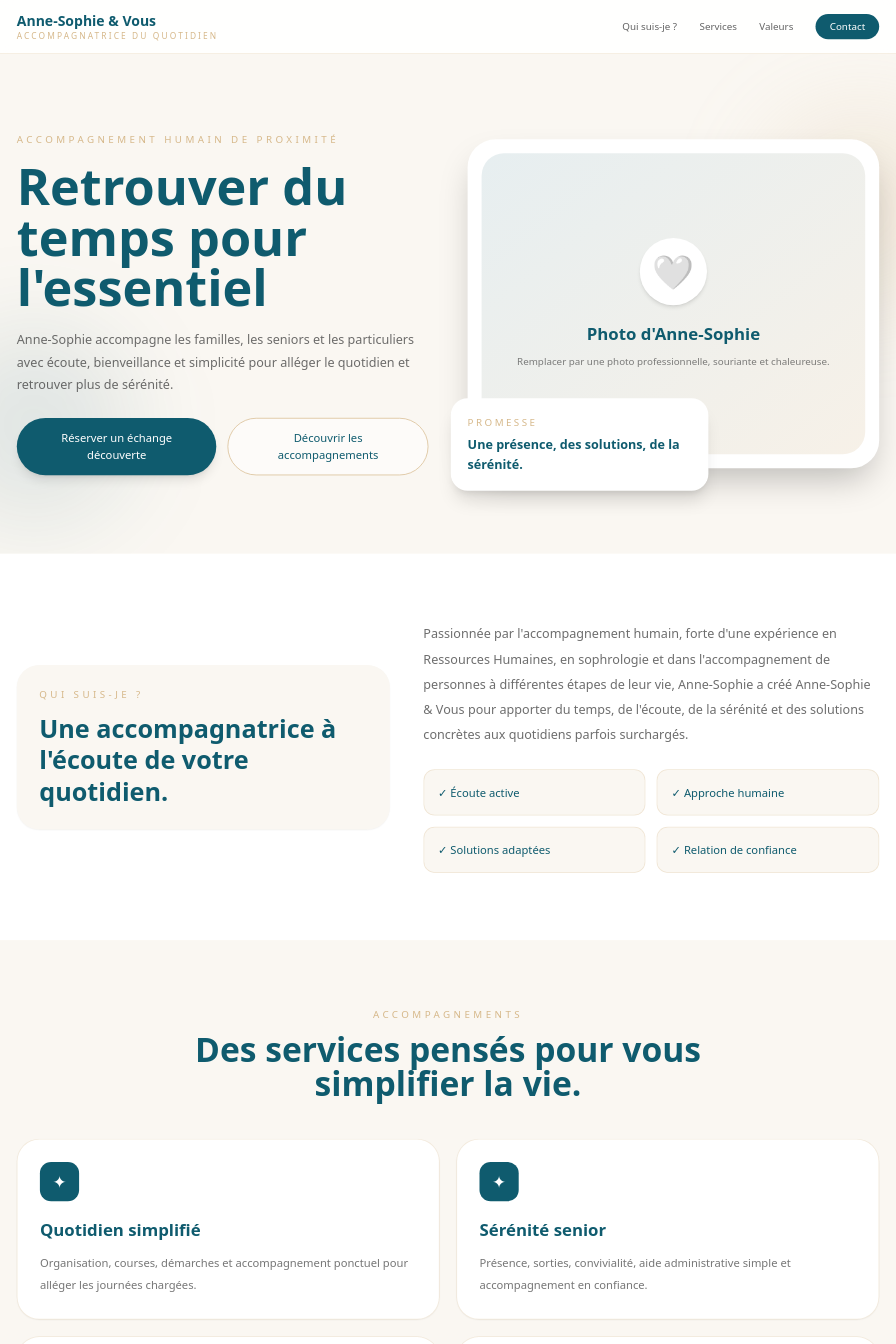
Repository: Virginie17/anne-sophie-et-vous
Page: /
The author's editor kept a copy of each file at every save. The page is drawn from the files as they stood at one save, then again after a run of saves.
The browser window is 1280 px wide. The pictures show the part of the page from y = 0 to 1920 px (the page is 3896 px tall before and 3920 px after), at 70% of full size.
Some web fonts or font styles are not loaded; a fallback is used. The project was rebuilt for these pictures with package versions that can differ from the ones it lists, and the page was loaded fresh each time. The framework's server and built-in components were replaced by stand-ins that run in the browser. Also part of the build but not shown: next.config.js, next.config.mjs.

Above is the page before, as saved 2026-06-05 10:27:36.

### app/layout.tsx
import type { Metadata } from "next";
import { Montserrat, Playfair_Display } from "next/font/google";
import "./globals.css";

const montserrat = Montserrat({
  subsets: ["latin"],
  variable: "--font-montserrat",
  display: "swap",
});

const playfair = Playfair_Display({
  subsets: ["latin"],
  variable: "--font-playfair",
  display: "swap",
});

export const metadata: Metadata = {
  title: "Anne-Sophie & Vous | Accompagnatrice du Quotidien",
  description:
    "Anne-Sophie & Vous accompagne les familles, les seniors et les particuliers à retrouver du temps, de la sérénité et de l'équilibre au quotidien.",
};

export default function RootLayout({
  children,
}: {
  children: React.ReactNode;
}) {
  return (
    <html lang="fr" className={`${montserrat.variable} ${playfair.variable}`}>
      <body>{children}</body>
    </html>
  );
}

### app/page.tsx
import Header from "../components/Header";
import Hero from "../components/Hero";
import About from "../components/About";
import Services from "../components/Services";
import Values from "../components/Values";
import Contact from "../components/Contact";
import Footer from "../components/Footer";

export default function HomePage() {
  return (
    <main className="min-h-screen bg-[#FAF7F2] text-[#3C3C3C]">
      <Header />
      <Hero />
      <About />
      <Services />
      <Values />
      <Contact />
      <Footer />
    </main>
  );
}

### app/globals.css
@tailwind base;
@tailwind components;
@tailwind utilities;

:root{--petrol:#0F5B6E;--gold:#D6B88A;--cream:#FAF7F2;--anthracite:#3C3C3C}html{scroll-behavior:smooth}body{background:var(--cream);color:var(--anthracite)}.container{max-width:1180px;margin:0 auto;padding:0 24px}.section{padding:88px 0}.btn-primary{background:var(--petrol);color:white;border-radius:999px;padding:14px 22px;font-weight:700;box-shadow:0 14px 35px rgba(15,91,110,.22)}.btn-secondary{border:1px solid var(--gold);color:var(--petrol);border-radius:999px;padding:14px 22px;font-weight:700}.card{background:white;border:1px solid rgba(214,184,138,.28);border-radius:24px;box-shadow:0 18px 45px rgba(15,91,110,.08)}

### components/Header.tsx
export default function Header() {
  return (
    <header className="sticky top-0 z-50 border-b border-[#D6B88A]/30 bg-white/90 backdrop-blur">
      <div className="mx-auto flex max-w-7xl items-center justify-between px-6 py-4">
        <div>
          <p className="text-xl font-semibold text-[#0F5B6E]">
            Anne-Sophie & Vous
          </p>
          <p className="text-xs uppercase tracking-[0.25em] text-[#D6B88A]">
            Accompagnatrice du Quotidien
          </p>
        </div>

        <nav className="hidden items-center gap-8 text-sm text-[#3C3C3C]/80 md:flex">
          <a href="#about" className="hover:text-[#0F5B6E]">
            Qui suis-je ?
          </a>
          <a href="#services" className="hover:text-[#0F5B6E]">
            Services
          </a>
          <a href="#values" className="hover:text-[#0F5B6E]">
            Valeurs
          </a>
          <a
            href="#contact"
            className="rounded-full bg-[#0F5B6E] px-5 py-2 font-medium text-white transition hover:bg-[#0b4655]"
          >
            Contact
          </a>
        </nav>
      </div>
    </header>
  );
}

### components/Hero.tsx
export default function Hero() {
  return (
    <section className="relative overflow-hidden px-6 py-20 md:py-28">
      <div className="absolute -right-24 top-20 h-72 w-72 rounded-full bg-[#D6B88A]/20 blur-3xl" />
      <div className="absolute -left-24 bottom-10 h-72 w-72 rounded-full bg-[#0F5B6E]/10 blur-3xl" />

      <div className="relative mx-auto grid max-w-7xl gap-14 md:grid-cols-2 md:items-center">
        <div>
          <p className="mb-5 text-sm uppercase tracking-[0.35em] text-[#D6B88A]">
            Accompagnement humain de proximité
          </p>

          <h1 className="mb-6 text-5xl font-bold leading-tight text-[#0F5B6E] md:text-7xl">
            Retrouver du temps pour l&apos;essentiel
          </h1>

          <p className="mb-8 max-w-xl text-lg leading-8 text-[#3C3C3C]/75">
            Anne-Sophie accompagne les familles, les seniors et les particuliers
            avec écoute, bienveillance et simplicité pour alléger le quotidien
            et retrouver plus de sérénité.
          </p>

          <div className="flex flex-col gap-4 sm:flex-row">
            <a
              href="#contact"
              className="rounded-full bg-[#0F5B6E] px-8 py-4 text-center font-medium text-white shadow-lg transition hover:-translate-y-1 hover:bg-[#0b4655]"
            >
              Réserver un échange découverte
            </a>

            <a
              href="#services"
              className="rounded-full border border-[#D6B88A] bg-white/60 px-8 py-4 text-center font-medium text-[#0F5B6E] transition hover:-translate-y-1 hover:bg-white"
            >
              Découvrir les accompagnements
            </a>
          </div>
        </div>

        <div className="relative">
          <div className="rounded-[2.5rem] bg-white p-5 shadow-2xl">
            <div className="flex h-[430px] items-center justify-center rounded-[2rem] bg-gradient-to-br from-[#0F5B6E]/10 to-[#D6B88A]/20 text-center">
              <div className="px-8">
                <div className="mx-auto mb-6 flex h-24 w-24 items-center justify-center rounded-full bg-white text-5xl shadow-md">
                  🤍
                </div>
                <p className="text-2xl font-semibold text-[#0F5B6E]">
                  Photo d&apos;Anne-Sophie
                </p>
                <p className="mt-3 text-sm leading-6 text-[#3C3C3C]/65">
                  Remplacer par une photo professionnelle, souriante et
                  chaleureuse.
                </p>
              </div>
            </div>
          </div>

          <div className="absolute -bottom-8 -left-6 rounded-3xl bg-white p-6 shadow-xl">
            <p className="text-sm uppercase tracking-[0.25em] text-[#D6B88A]">
              Promesse
            </p>
            <p className="mt-2 max-w-xs text-lg font-semibold text-[#0F5B6E]">
              Une présence, des solutions, de la sérénité.
            </p>
          </div>
        </div>
      </div>
    </section>
  );
}

### components/About.tsx
export default function About() {
  return (
    <section id="about" className="bg-white px-6 py-24">
      <div className="mx-auto grid max-w-7xl gap-12 md:grid-cols-[0.9fr_1.1fr] md:items-center">
        <div className="rounded-[2rem] bg-[#FAF7F2] p-8 shadow-sm">
          <p className="mb-4 text-sm uppercase tracking-[0.35em] text-[#D6B88A]">
            Qui suis-je ?
          </p>

          <h2 className="text-4xl font-bold leading-tight text-[#0F5B6E]">
            Une accompagnatrice à l&apos;écoute de votre quotidien.
          </h2>
        </div>

        <div>
          <p className="text-lg leading-9 text-[#3C3C3C]/75">
            Passionnée par l&apos;accompagnement humain, forte d&apos;une
            expérience en Ressources Humaines, en sophrologie et dans
            l&apos;accompagnement de personnes à différentes étapes de leur vie,
            Anne-Sophie a créé Anne-Sophie & Vous pour apporter du temps, de
            l&apos;écoute, de la sérénité et des solutions concrètes aux
            quotidiens parfois surchargés.
          </p>

          <div className="mt-8 grid gap-4 sm:grid-cols-2">
            {["Écoute active", "Approche humaine", "Solutions adaptées", "Relation de confiance"].map(
              (item) => (
                <div
                  key={item}
                  className="rounded-2xl border border-[#D6B88A]/30 bg-[#FAF7F2] p-5 text-[#0F5B6E]"
                >
                  ✓ {item}
                </div>
              )
            )}
          </div>
        </div>
      </div>
    </section>
  );
}

### components/Services.tsx
const services = [
  {
    title: "Quotidien simplifié",
    text: "Organisation, courses, démarches et accompagnement ponctuel pour alléger les journées chargées.",
  },
  {
    title: "Sérénité senior",
    text: "Présence, sorties, convivialité, aide administrative simple et accompagnement en confiance.",
  },
  {
    title: "Bien-être & équilibre",
    text: "Sophrologie, gestion du stress, charge mentale, écoute et recentrage pour retrouver de la sérénité.",
  },
  {
    title: "Services de confiance",
    text: "Visites aux animaux, surveillance du domicile, arrosage des plantes et petits services de proximité.",
  },
];

export default function Services() {
  return (
    <section id="services" className="px-6 py-24">
      <div className="mx-auto max-w-7xl">
        <div className="mx-auto mb-14 max-w-3xl text-center">
          <p className="mb-4 text-sm uppercase tracking-[0.35em] text-[#D6B88A]">
            Accompagnements
          </p>

          <h2 className="text-4xl font-bold text-[#0F5B6E] md:text-5xl">
            Des services pensés pour vous simplifier la vie.
          </h2>
        </div>

        <div className="grid gap-6 md:grid-cols-2">
          {services.map((service) => (
            <article
              key={service.title}
              className="group rounded-[2rem] border border-[#D6B88A]/30 bg-white p-8 shadow-sm transition hover:-translate-y-1 hover:shadow-xl"
            >
              <div className="mb-6 flex h-14 w-14 items-center justify-center rounded-2xl bg-[#0F5B6E] text-2xl text-white transition group-hover:bg-[#D6B88A]">
                ✦
              </div>

              <h3 className="mb-4 text-2xl font-semibold text-[#0F5B6E]">
                {service.title}
              </h3>

              <p className="leading-8 text-[#3C3C3C]/70">{service.text}</p>
            </article>
          ))}
        </div>
      </div>
    </section>
  );
}

### components/Values.tsx
const values = [
  {
    title: "Écoute",
    text: "Prendre le temps de comprendre chaque besoin avec attention.",
  },
  {
    title: "Confiance",
    text: "Construire une relation fiable, simple et rassurante.",
  },
  {
    title: "Simplicité",
    text: "Apporter des solutions concrètes, accessibles et adaptées.",
  },
  {
    title: "Bienveillance",
    text: "Accompagner avec douceur, respect et authenticité.",
  },
];

export default function Values() {
  return (
    <section id="values" className="bg-[#0F5B6E] px-6 py-24 text-white">
      <div className="mx-auto max-w-7xl">
        <div className="mx-auto mb-14 max-w-3xl text-center">
          <p className="mb-4 text-sm uppercase tracking-[0.35em] text-[#D6B88A]">
            Valeurs
          </p>

          <h2 className="text-4xl font-bold md:text-5xl">
            L&apos;humain au cœur de chaque accompagnement.
          </h2>
        </div>

        <div className="grid gap-6 md:grid-cols-4">
          {values.map((value) => (
            <div
              key={value.title}
              className="rounded-[2rem] bg-white/10 p-7 text-center backdrop-blur transition hover:-translate-y-1 hover:bg-white/15"
            >
              <p className="mb-3 text-2xl font-semibold text-[#D6B88A]">
                {value.title}
              </p>
              <p className="text-sm leading-7 text-white/75">{value.text}</p>
            </div>
          ))}
        </div>
      </div>
    </section>
  );
}

### components/Contact.tsx
export default function Contact() {
  return (
    <section id="contact" className="bg-white px-6 py-24">
      <div className="mx-auto max-w-5xl rounded-[2.5rem] bg-[#FAF7F2] p-8 text-center shadow-xl md:p-14">
        <p className="mb-4 text-sm uppercase tracking-[0.35em] text-[#D6B88A]">
          Contact
        </p>

        <h2 className="mb-6 text-4xl font-bold text-[#0F5B6E] md:text-5xl">
          Et si vous retrouviez du temps pour ce qui compte vraiment ?
        </h2>

        <p className="mx-auto mb-10 max-w-2xl text-lg leading-8 text-[#3C3C3C]/75">
          Parlons ensemble de vos besoins et trouvons les solutions les plus
          adaptées à votre quotidien.
        </p>

        <div className="grid gap-4 text-left md:grid-cols-3">
          <div className="rounded-2xl bg-white p-6 shadow-sm">
            <p className="font-semibold text-[#0F5B6E]">Téléphone</p>
            <p className="mt-2 text-sm text-[#3C3C3C]/65">À compléter</p>
          </div>

          <div className="rounded-2xl bg-white p-6 shadow-sm">
            <p className="font-semibold text-[#0F5B6E]">Email</p>
            <p className="mt-2 text-sm text-[#3C3C3C]/65">À compléter</p>
          </div>

          <div className="rounded-2xl bg-white p-6 shadow-sm">
            <p className="font-semibold text-[#0F5B6E]">Secteur</p>
            <p className="mt-2 text-sm text-[#3C3C3C]/65">
              Angoulins, La Rochelle et alentours
            </p>
          </div>
        </div>

        <a
          href="mailto:"
          className="mt-10 inline-flex rounded-full bg-[#0F5B6E] px-8 py-4 font-medium text-white transition hover:-translate-y-1 hover:bg-[#0b4655]"
        >
          Demander un échange découverte
        </a>
      </div>


    </section>
  );
}

### components/Footer.tsx
export default function Footer() {
  return (
    <footer className="bg-[#0F5B6E] px-6 py-12 text-white">
      <div className="mx-auto grid max-w-7xl gap-10 md:grid-cols-3 md:items-start">
        <div>
          <p className="text-2xl font-semibold">Anne-Sophie & Vous</p>
          <p className="mt-2 text-sm uppercase tracking-[0.25em] text-[#D6B88A]">
            Accompagnatrice du Quotidien
          </p>
          <p className="mt-4 max-w-sm text-sm leading-7 text-white/75">
            Retrouver du temps pour l&apos;essentiel grâce à un accompagnement
            humain, bienveillant et personnalisé.
          </p>
        </div>

        <div>
          <p className="mb-4 font-semibold text-[#D6B88A]">Navigation</p>
          <nav className="flex flex-col gap-3 text-sm text-white/75">
            <a href="#about" className="transition hover:text-white">
              Qui suis-je ?
            </a>
            <a href="#services" className="transition hover:text-white">
              Accompagnements
            </a>
            <a href="#values" className="transition hover:text-white">
              Valeurs
            </a>
            <a href="#contact" className="transition hover:text-white">
              Contact
            </a>
          </nav>
        </div>

        <div>
          <p className="mb-4 font-semibold text-[#D6B88A]">Contact</p>
          <div className="space-y-3 text-sm text-white/75">
            <p>Angoulins, La Rochelle et alentours</p>
            <p>Téléphone : à compléter</p>
            <p>Email : à compléter</p>
          </div>
        </div>
      </div>

      <div className="mx-auto mt-10 flex max-w-7xl flex-col gap-3 border-t border-white/15 pt-6 text-sm text-white/60 md:flex-row md:items-center md:justify-between">
        <p>
          © {new Date().getFullYear()} Anne-Sophie & Vous. Tous droits
          réservés.
        </p>

        <div className="flex gap-5">
          <a href="#" className="transition hover:text-white">
            Mentions légales
          </a>
          <a href="#" className="transition hover:text-white">
            Politique de confidentialité
          </a>
        </div>
      </div>
    </footer>
  );
}

### tailwind.config.ts
import type { Config } from 'tailwindcss';

const config: Config = {
  content: ['./app/**/*.{ts,tsx}', './components/**/*.{ts,tsx}'],
  theme: {
    extend: {
      colors: {
        petrol: '#0F5B6E',
        gold: '#D6B88A',
        cream: '#FAF7F2',
        anthracite: '#3C3C3C'
      },
      fontFamily: {
        serifDisplay: ['var(--font-playfair)', 'serif'],
        sansText: ['var(--font-montserrat)', 'sans-serif']
      }
    }
  },
  plugins: []
};

export default config;

After the next 2 saves:
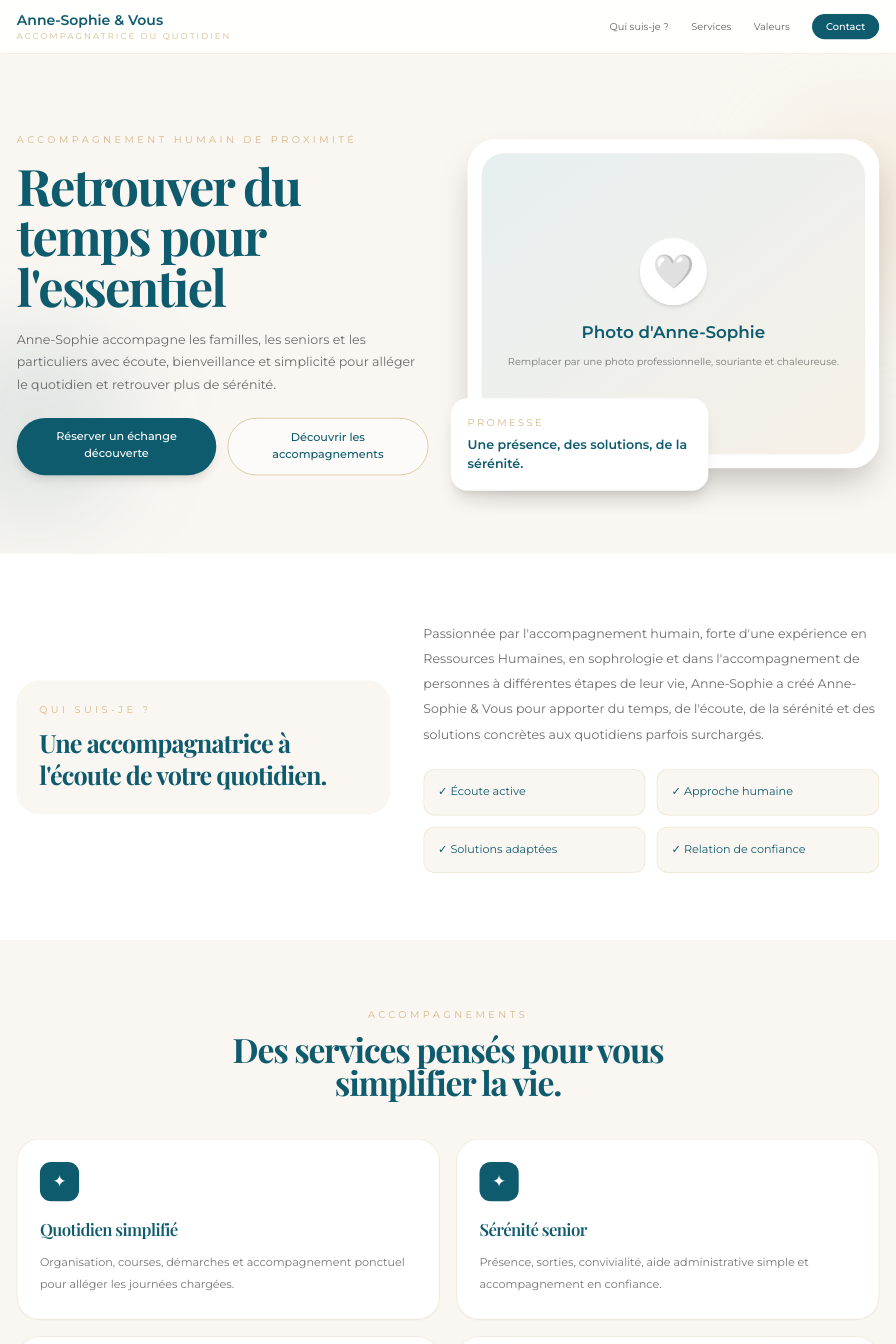
The 2 saves are shown as one change because they came seconds apart.
The last was saved 29 s later.
--- a/app/globals.css
+++ b/app/globals.css
@@ -2,4 +2,63 @@
 @tailwind components;
 @tailwind utilities;
 
-:root{--petrol:#0F5B6E;--gold:#D6B88A;--cream:#FAF7F2;--anthracite:#3C3C3C}html{scroll-behavior:smooth}body{background:var(--cream);color:var(--anthracite)}.container{max-width:1180px;margin:0 auto;padding:0 24px}.section{padding:88px 0}.btn-primary{background:var(--petrol);color:white;border-radius:999px;padding:14px 22px;font-weight:700;box-shadow:0 14px 35px rgba(15,91,110,.22)}.btn-secondary{border:1px solid var(--gold);color:var(--petrol);border-radius:999px;padding:14px 22px;font-weight:700}.card{background:white;border:1px solid rgba(214,184,138,.28);border-radius:24px;box-shadow:0 18px 45px rgba(15,91,110,.08)}
+:root {
+  --petrol: #0f5b6e;
+  --gold: #d6b88a;
+  --cream: #faf7f2;
+  --anthracite: #3c3c3c;
+  --soft-white: #fffdf9;
+}
+
+* {
+  box-sizing: border-box;
+}
+
+html {
+  scroll-behavior: smooth;
+}
+
+body {
+  margin: 0;
+  background: var(--cream);
+  color: var(--anthracite);
+  font-family: var(--font-montserrat), Arial, sans-serif;
+  -webkit-font-smoothing: antialiased;
+  text-rendering: geometricPrecision;
+}
+
+h1,
+h2,
+h3,
+.brand-title {
+  font-family: var(--font-playfair), Georgia, serif;
+  letter-spacing: -0.035em;
+}
+
+p,
+a,
+button,
+li,
+span {
+  font-family: var(--font-montserrat), Arial, sans-serif;
+}
+
+::selection {
+  background: var(--gold);
+  color: var(--petrol);
+}
+
+.premium-card {
+  background: rgba(255, 255, 255, 0.82);
+  border: 1px solid rgba(214, 184, 138, 0.28);
+  box-shadow: 0 24px 70px rgba(15, 91, 110, 0.1);
+  backdrop-filter: blur(18px);
+}
+
+.gold-gradient {
+  background: linear-gradient(135deg, #d6b88a 0%, #f2dfb8 100%);
+}
+
+.petrol-gradient {
+  background: linear-gradient(135deg, #0f5b6e 0%, #0b4655 100%);
+}
